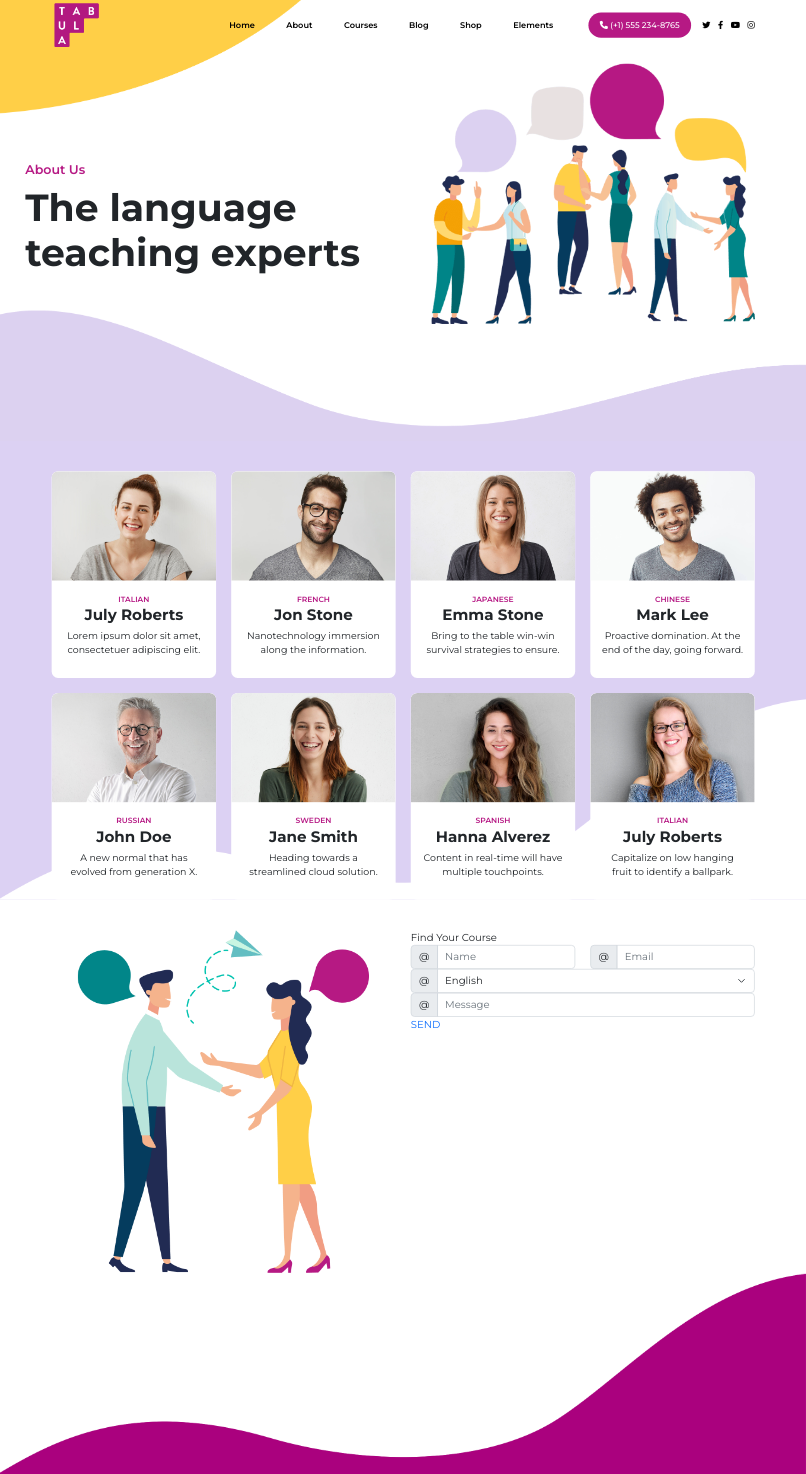
Repository: minhtrivu6199/tabula
Page: index.html
An editor plug-in stored every save of this project. The page is shown before and after the next save, followed by the edit.
The browser window is 1280 px wide. The pictures show the whole page, at 63% of full size.
Some web libraries are served in a nearby version. The style sheet was rebuilt from its Sass, Less or Tailwind sources for each picture, by a compiler version that may differ from the author's.

Above is the page before, as saved 2022-09-28 10:30:58.

### index.html
<!DOCTYPE html>
<html lang="en">
  <head>
    <title>Tabula</title>
    <link rel="shortcut icon" href="img/crest.png" type="image/x-icon" />
    <!-- Required meta tags -->
    <meta charset="utf-8" />
    <meta
      name="viewport"
      content="width=device-width, initial-scale=1, shrink-to-fit=no"
    />

    <!-- Font -->
    <link rel="preconnect" href="https://fonts.googleapis.com" />
    <link rel="preconnect" href="https://fonts.gstatic.com" crossorigin />
    <link
      href="https://fonts.googleapis.com/css2?family=Montserrat:wght@300;400;500;600;700&display=swap"
      rel="stylesheet"
    />

    <!-- Bootstrap CSS v5.2.0-beta1 -->
    <link
      rel="stylesheet"
      href="https://cdn.jsdelivr.net/npm/bootstrap@5.2.0/dist/css/bootstrap.min.css"
      integrity="sha384-gH2yIJqKdNHPEq0n4Mqa/HGKIhSkIHeL5AyhkYV8i59U5AR6csBvApHHNl/vI1Bx"
      crossorigin="anonymous"
    />

    <!-- FontAwesome 6.1.1 CSS -->
    <link
      rel="stylesheet"
      href="https://cdnjs.cloudflare.com/ajax/libs/font-awesome/6.1.1/css/all.min.css"
      integrity="sha512-KfkfwYDsLkIlwQp6LFnl8zNdLGxu9YAA1QvwINks4PhcElQSvqcyVLLD9aMhXd13uQjoXtEKNosOWaZqXgel0g=="
      crossorigin="anonymous"
      referrerpolicy="no-referrer"
    />

    <!-- CSS -->
    <link rel="stylesheet" href="./css/style.min.css" />
  </head>

  <body>
    <!-- HEADER -->
    <header class="header">
      <nav class="navbar navbar-expand-lg navbar-fixed-top bg-transparent p-0">
        <div class="container">
          <div class="header-left">
            <a href="" class="navbar-brand logo">
              <img src="./img/crest.png" alt="" />
            </a>
          </div>
          <div class="header-right">
            <div class="header-menu d-xs-none">
              <ul class="navbar-nav menu">
                <li class="nav-item">
                  <a href="" class="nav-link"> Home </a>
                </li>
                <li class="nav-item">
                  <a href="" class="nav-link"> About </a>
                </li>
                <li class="nav-item">
                  <a href="" class="nav-link"> Courses </a>
                </li>
                <li class="nav-item">
                  <a href="" class="nav-link"> Blog </a>
                </li>
                <li class="nav-item">
                  <a href="" class="nav-link"> Shop </a>
                </li>
                <li class="nav-item">
                  <a href="" class="nav-link"> Elements </a>
                </li>
              </ul>
            </div>
            <div class="header-right-inner">
              <div class="header-btn">
                <a href="" class="btn-default">
                  <span class="btnWidgetIcon">
                    <i class="fa fa-phone"></i>
                  </span>
                  <span class="btnWidgetText"> (+1) 555 234-8765 </span>
                </a>
              </div>
              <a href="" class="iconWidget">
                <div class="btnWidgetIcon">
                  <i class="fab fa-twitter"></i>
                </div>
              </a>
              <a href="" class="iconWidget">
                <div class="btnWidgetIcon">
                  <i class="fab fa-facebook-f"></i>
                </div>
              </a>
              <a href="" class="iconWidget">
                <div class="btnWidgetIcon">
                  <i class="fab fa-youtube"></i>
                </div>
              </a>
              <a href="" class="iconWidget">
                <div class="btnWidgetIcon">
                  <i class="fab fa-instagram"></i>
                </div>
              </a>
            </div>
          </div>
        </div>
      </nav>
    </header>
    <!-- END HEADER -->

    <!-- CONTENT WRAP -->
    <section class="contentWrap">
      <div class="contentHolder">
        <div class="contentPort">
          <div class="cell">
            <div class="cell-inner">
              <div class="row">
                <div class="col-6">
                  <div class="col-content">
                    <span class="subtitle"> About Us </span>
                    <h1 class="title">The language teaching experts</h1>
                  </div>
                </div>
                <div class="col-6">
                  <div class="col-content">
                    <div class="col-thumb">
                      <img src="./img/hero_team.png" alt="" />
                    </div>
                  </div>
                </div>
              </div>
            </div>
          </div>
        </div>
        <div class="top-img">
          <img src="./img/yellow_top_wave_01.png" alt="" />
        </div>
        <div class="bottom-img">
          <img src="./img/Violet_top_left_wave.png" alt="" />
        </div>
      </div>
    </section>
    <!-- END CONTENTWRAP -->

    <!-- CARD -->
    <section class="groupCard">
      <div class="container pt-5">
        <div class="row">
          <div class="col-lg-3 col-md-6 col-sm-6 col-12">
            <div class="card">
              <div class="card-img">
                <img src="./img/teacher_1.jpg" alt="" />
              </div>
              <div class="card-body">
                <div class="card-text">
                  <span class="subtitle"> italian </span>
                  <h3 class="teacherName">July Roberts</h3>
                  <p class="text">
                    Lorem ipsum dolor sit amet, consectetuer adipiscing elit.
                  </p>
                </div>
              </div>
            </div>
          </div>
          <div class="col-lg-3 col-md-6 col-sm-6 col-12">
            <div class="card">
              <div class="card-img">
                <img src="./img/teacher_2.jpg" alt="" />
              </div>
              <div class="card-body">
                <div class="card-text">
                  <span class="subtitle"> FRENCH </span>
                  <h3 class="teacherName">Jon Stone</h3>
                  <p class="text">
                    Nanotechnology immersion along the information.
                  </p>
                </div>
              </div>
            </div>
          </div>
          <div class="col-lg-3 col-md-6 col-sm-6 col-12">
            <div class="card">
              <div class="card-img">
                <img src="./img/teacher_3.jpg" alt="" />
              </div>
              <div class="card-body">
                <div class="card-text">
                  <span class="subtitle"> JAPANESE </span>
                  <h3 class="teacherName">Emma Stone</h3>
                  <p class="text">
                    Bring to the table win-win survival strategies to ensure.
                  </p>
                </div>
              </div>
            </div>
          </div>
          <div class="col-lg-3 col-md-6 col-sm-6 col-12">
            <div class="card">
              <div class="card-img">
                <img src="./img/teacher_4.jpg" alt="" />
              </div>
              <div class="card-body">
                <div class="card-text">
                  <span class="subtitle"> CHINESE </span>
                  <h3 class="teacherName">Mark Lee</h3>
                  <p class="text">
                    Proactive domination. At the end of the day, going forward.
                  </p>
                </div>
              </div>
            </div>
          </div>
        </div>
        <div class="row pt-4">
          <div class="col-lg-3 col-md-6 col-sm-6 col-12">
            <div class="card">
              <div class="card-img">
                <img src="./img/teacher_5.jpg" alt="" />
              </div>
              <div class="card-body">
                <div class="card-text">
                  <span class="subtitle"> RUSSIAN </span>
                  <h3 class="teacherName">John Doe</h3>
                  <p class="text">
                    A new normal that has evolved from generation X.
                  </p>
                </div>
              </div>
            </div>
          </div>
          <div class="col-lg-3 col-md-6 col-sm-6 col-12">
            <div class="card">
              <div class="card-img">
                <img src="./img/teacher_6.jpg" alt="" />
              </div>
              <div class="card-body">
                <div class="card-text">
                  <span class="subtitle"> SWEDEN </span>
                  <h3 class="teacherName">Jane Smith</h3>
                  <p class="text">
                    Heading towards a streamlined cloud solution.
                  </p>
                </div>
              </div>
            </div>
          </div>
          <div class="col-lg-3 col-md-6 col-sm-6 col-12">
            <div class="card">
              <div class="card-img">
                <img src="./img/teacher_7.jpg" alt="" />
              </div>
              <div class="card-body">
                <div class="card-text">
                  <span class="subtitle"> SPANISH </span>
                  <h3 class="teacherName">Hanna Alverez</h3>
                  <p class="text">
                    Content in real-time will have multiple touchpoints.
                  </p>
                </div>
              </div>
            </div>
          </div>
          <div class="col-lg-3 col-md-6 col-sm-6 col-12">
            <div class="card">
              <div class="card-img">
                <img src="./img/teacher_8.jpg" alt="" />
              </div>
              <div class="card-body">
                <div class="card-text">
                  <span class="subtitle"> italian </span>
                  <h3 class="teacherName">July Roberts</h3>
                  <p class="text">
                    Capitalize on low hanging fruit to identify a ballpark.
                  </p>
                </div>
              </div>
            </div>
          </div>
        </div>
      </div>
      <div class="bottom-img">
        <img src="./img/Wave_White_bottom_right_shape_01.png" alt="" />
      </div>
    </section>
    <!-- END CARD -->

    <!-- FIND COURSE -->
    <section class="findCourse">
      <div class="container pt-5">
        <div class="cell">
          <div class="cell-inner">
            <div class="row">
              <div class="col-lg-6 col-md-12">
                <div class="col-thumb">
                  <img src="./img/conatct_inner.png" alt="" />
                </div>
              </div>
              <div class="col-lg-6 col-md-12">
                <div class="col-form">
                  <form class="form" action="">
                    <span class="title"> Find Your Course </span>
                    <div class="row">
                      <div class="input-group flex-nowrap col-6 w-50">
                        <span class="input-group-text">@</span>
                        <input
                          type="text"
                          class="form-control"
                          placeholder="Name"
                        />
                      </div>
                      <div class="input-group flex-nowrap col-6 w-50">
                        <span class="input-group-text">@</span>
                        <input
                          type="text"
                          class="form-control"
                          placeholder="Email"
                        />
                      </div>

                      <div class="input-group">
                        <span class="input-group-text">@</span>
                        <select
                          class="form-select"
                          aria-label="Default select example"
                        >
                          <option selected>English</option>
                          <option value="1">French</option>
                          <option value="2">Spanish</option>
                          <option value="3">German</option>
                        </select>
                      </div>
                      <div class="input-group">
                        <span class="input-group-text">@</span>
                        <input
                          type="text"
                          class="form-control"
                          placeholder="Message"
                        />
                      </div>
                      <div class="input-group">
                        <a href="" class="btn-default">
                            <span>SEND</span>
                        </a>
                      </div>
                    </div>
                  </form>
                </div>
              </div>
            </div>
          </div>
        </div>
      </div>
      <div class="bottom-img">
        <img src="./img/accent_bottom_wave_01.png" alt="">
      </div>
    </section>
    <!-- Bootstrap JavaScript Libraries -->
    <script
      src="https://cdn.jsdelivr.net/npm/@popperjs/core@2.11.5/dist/umd/popper.min.js"
      integrity="sha384-Xe+8cL9oJa6tN/veChSP7q+mnSPaj5Bcu9mPX5F5xIGE0DVittaqT5lorf0EI7Vk"
      crossorigin="anonymous"
    ></script>

    <script
      src="https://cdn.jsdelivr.net/npm/bootstrap@5.2.0/dist/js/bootstrap.min.js"
      integrity="sha384-ODmDIVzN+pFdexxHEHFBQH3/9/vQ9uori45z4JjnFsRydbmQbmL5t1tQ0culUzyK"
      crossorigin="anonymous"
    ></script>
  </body>
</html>

### scss/style.scss
* {
    margin: 0;
    padding: 0;
    box-sizing: border-box;
}

html, body {
    font-family: 'Montserrat', sans-serif;
}

a {
    text-decoration: none;
}

ul {
    list-style: none;
}

img {
    max-width: 100%;
    height: auto;
}


.header {
    position:absolute;
    width: 100%;
    z-index: 2;
    display: block;
    .navbar{
        .container {
            height: 80px;
            justify-content: space-between;
            .header-left {
                height: 100%;
                .logo {
                    position: relative;
                    z-index: 2;
                    img {
                        width: 80px;
                        display: block;
                    }
                }
            }

            .header-right {
                display: flex;
                justify-content: space-between;
                .header-menu {
                    .menu {
                        .nav-item {
                            display: block;
                            padding: 0 50px 0 0;
                            .nav-link {
                                font-weight: 600;
                                color: #000;
                                line-height: 80px;
                                display: block;
                                position: relative;
                                padding: 0;
                                font-size: 13px;
                                &:hover {
                                    color: #b61984;
                                }
                                &::after {
                                    content: '';
                                    display: block;
                                    position:absolute;
                                    bottom: -4px;
                                    margin-left: -4px;
                                    left: 50%;
                                    height: 8px;
                                    width: 8px;
                                    border-radius: 50%;
                                    transition: all 0.3s ease;
                                    transform: scale(0);
                                    background-color: #b61984;
                                }
                                &:hover::after{
                                    transform: scale(1.1);
                                }
                            }
                        }
                    }
                }

                .header-right-inner {
                    display: flex;
                    line-height: 38px;
                    align-items: center;
                    vertical-align: middle;
                    font-size: 16px;
                    .header-btn {
                        display: inline-block;
                        line-height: 1;
                        width: auto;
                        .btn-default {
                            color: #fff;
                            padding: 12px 18px;
                            margin: 6px;
                            font-weight: 500;
                            text-align: center;
                            background: transparent;
                            box-shadow: 0 0 0 36px #b61984 inset;
                            transition: all 0.3s ease;
                            border-radius: 50px;
                            font-size: 13px;
                            &:hover {
                                color: #b61984;
                                box-shadow: 0 0 0 1px #b61984 inset;
                            }
                        }
                    }

                    .iconWidget {
                        margin-left: 12px;
                        color: #000;
                        font-size: 13px;
                        transition: all 0.3s ease;
                        &:hover {
                            color: #b61984;
                        }
                    }
                }
            }
        }
    }
}

.contentWrap {
    .contentHolder{
        position: relative;
        .contentPort {
            display: flex;
            justify-content: center;
            flex-flow: row nowrap;
            .cell {
                width: 1200px;
                max-width: calc(100% - 60px);
                display: block;
                .cell-inner {
                    .row {
                        position: relative;
                        flex-flow: row nowrap;
                        justify-content: center;
                        padding: 60px 0;
                        align-items: center;
                        flex-basis: 50%;
                        // max-width: 70%;
                        // margin: 0 auto;
                        z-index: 1;
                        .col-6 {
                            .col-content {
                                justify-content: center;
                                .subtitle {
                                    font-size: 20px;
                                    margin-bottom: 10px;
                                    color:#b61984;
                                    font-weight: 600;
                                    display: block;
                                }

                                .title {
                                    font-size: 60px;
                                    font-weight: 700;
                                }

                                .col-thumb {
                                    display: block;
                                    line-height: 0;
                                }
                            }
                        }
                    }
                }
            }
        }
        .top-img {
            top: 0;
            right: 0;
            left: 0;
            position:absolute;
            img {
                width: 100%;
                height: auto;
                display: block;
                user-select: none;
            }
        }

        .bottom-img {
            position: absolute;
            bottom: 0;
            right: 0;
            left: 0;
            .img {
                width: 100%;
                height: auto;
                display: block;
                user-select: none;
            }
        }
    }
}

.groupCard {
    background-color: #dcd1f3;
    position: relative;
    .container {
        .row {
            .card {
                border-radius: 10px;
                border: none;
                z-index: 2;
                transition-delay: 0.2s;
                transition: all 0.5s ease-out;
                &:hover {
                    box-shadow: rgba(0, 0, 0, 0.35) 0px 5px 15px;
                }
                .card-img {
                    overflow: hidden;
                    border-radius: 10px 10px 0 0;
                    img {
                        border-radius: 10px 10px 0 0;
                        transition: transform 1000ms cubic-bezier(.190,1,.220,1),opacity 1000ms cubic-bezier(.190,1,.220,1);
                        &:hover {
                            transform: scale(1.05);
                            .card > & {
                                box-shadow: rgba(0, 0, 0, 0.35) 0px 5px 15px;
                            }
                        }
                    }
                }

                .card-body {
                    text-align: center;
                    .subtitle {
                        font-size: 12px;
                        color: #b61984;
                        font-weight: 600;
                        text-transform: uppercase;
                    }

                    .teacherName {
                        font-size: 24px;
                        font-weight: 700;
                    }

                    .text {
                        font-size: 15px;
                    }
                }
            }
        }
    }
    .bottom-img {
        position: absolute;
        bottom: 0;
        right: 0;
        left: 0;
        img {
            display: block;
            user-select: none;
        }
    }
}

After the next save:
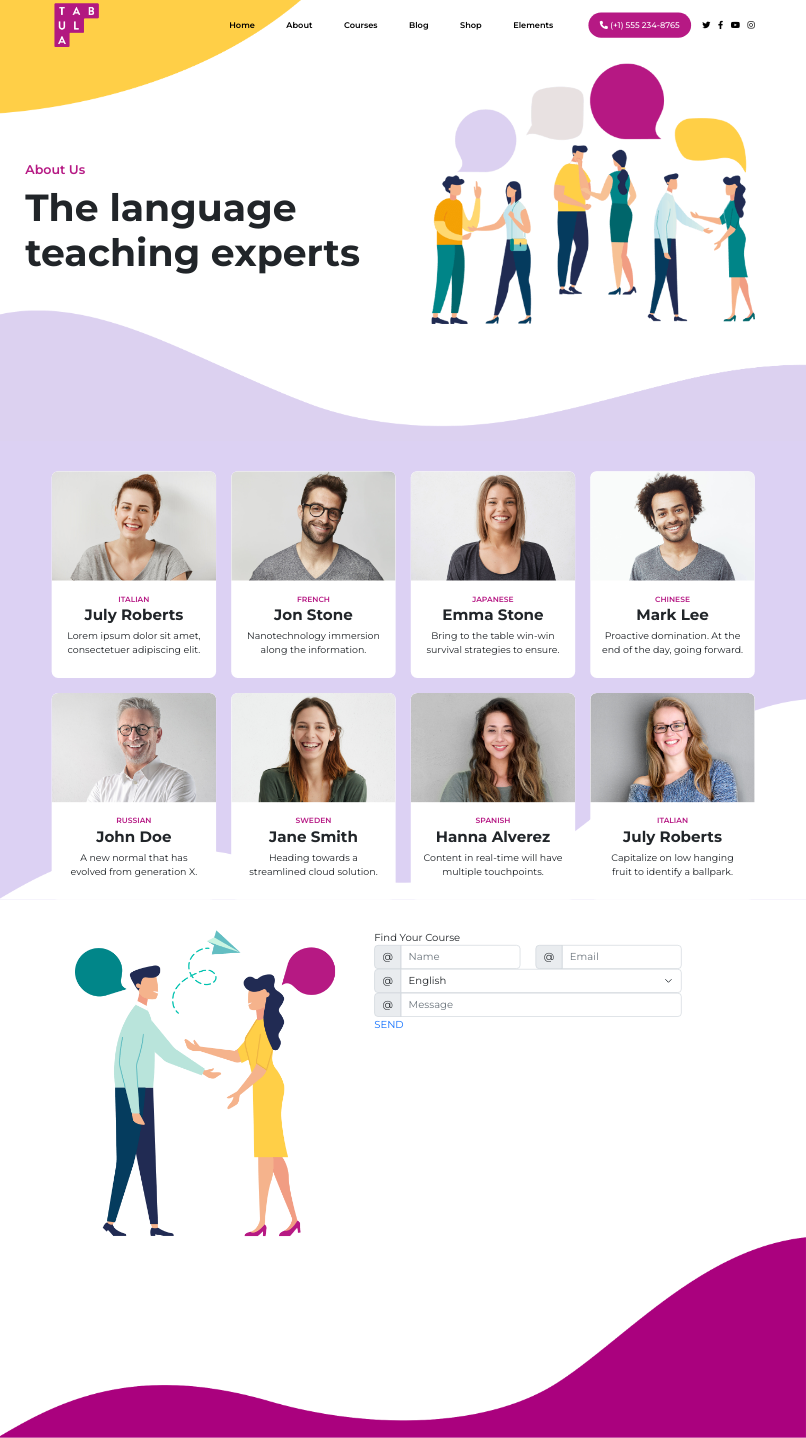
Saved 7 min 46 s later.
--- a/scss/style.scss
+++ b/scss/style.scss
@@ -264,3 +264,51 @@ img {
         }
     }
 }
+
+.findCourse {
+    .container {
+
+        .cell {
+            width: 1000px;
+            max-width: calc(100% - 60px);
+            display: block;
+            .cell-inner {
+                .row {
+                    .col-thumb {
+                        img {
+
+                        }
+                    }
+
+                    .col-form {
+                        .form {
+                            .title {
+
+                            }
+
+                            .row {
+                                .input-group {
+                                    .input-group-text {
+
+                                    }
+
+                                    .form-control {
+
+                                    }
+
+                                    .btn-default {
+
+                                    }
+                                }
+                            }
+                        }
+                    }
+                }
+            }
+        }
+    }
+
+    .bottom-img {
+
+    }
+}
